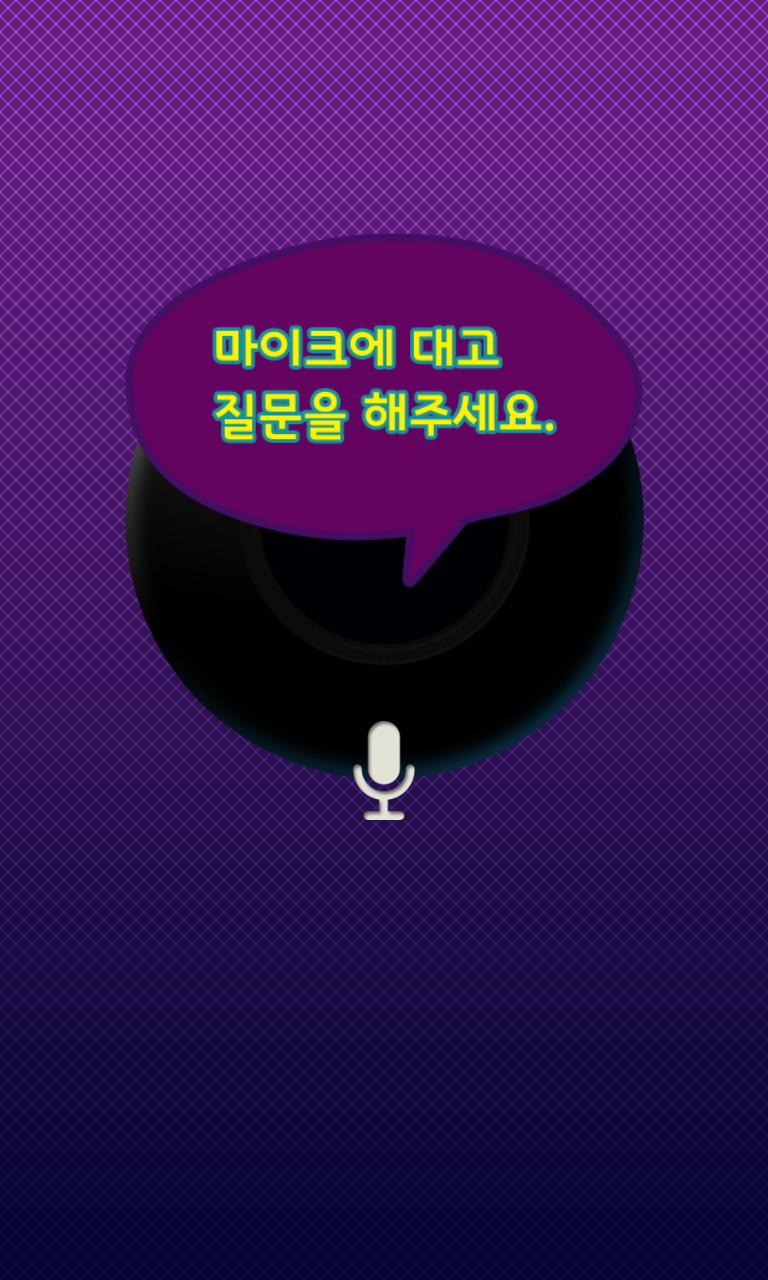
Repository: LimHeeJho/masicBall
Layout: MagicBall/res/layout/activity_main.xml
The author's editor kept a copy of each file at every save. The layout is drawn from the files as they stood at one save, then again after the next save.
It is drawn on a 768 x 1280 px phone screen (xhdpi) without system bars, with theme AppTheme; the app's code is not run.

Above is the layout before, as saved 2013-07-17 08:16:21.

### MagicBall/res/layout/activity_main.xml
<RelativeLayout xmlns:android="http://schemas.android.com/apk/res/android"
    xmlns:tools="http://schemas.android.com/tools"
    android:layout_width="fill_parent"
    android:layout_height="fill_parent"
    tools:context=".MainActivity" >

    <RelativeLayout
        android:layout_width="fill_parent"
        android:layout_height="fill_parent"
        android:layout_alignParentLeft="true"
        android:layout_alignParentTop="true"
        android:background="@drawable/background" >

        <RelativeLayout
            android:layout_width="260dp"
            android:layout_height="300dp"
            android:layout_marginTop="110dp"
            android:layout_centerHorizontal="true"
             >

            <ImageView
                android:id="@+id/imageView1"
                android:layout_width="fill_parent"
                android:layout_height="fill_parent"
                android:layout_alignParentTop="true"
                android:layout_centerHorizontal="true"
                android:src="@drawable/ball" />

                    <ImageView
            android:id="@+id/guide1"
            android:layout_width="wrap_content"
            android:layout_height="wrap_content"
            android:layout_alignParentTop="true"
            android:layout_centerHorizontal="true"
            android:src="@drawable/guide_mod" />

        <ImageView
            android:id="@+id/mic"
            android:layout_width="wrap_content"
            android:layout_height="wrap_content"
            android:layout_below="@+id/guide1"
            android:layout_centerHorizontal="true"
            android:layout_marginTop="60dp"
            android:src="@drawable/mic" />
        </RelativeLayout>
    </RelativeLayout>

</RelativeLayout>

Loaded but not shown: MagicBall/res/values/styles.xml (common file); MagicBall/res/values-v11/styles.xml (common file); MagicBall/res/values-v14/styles.xml (common file)

After the next save:
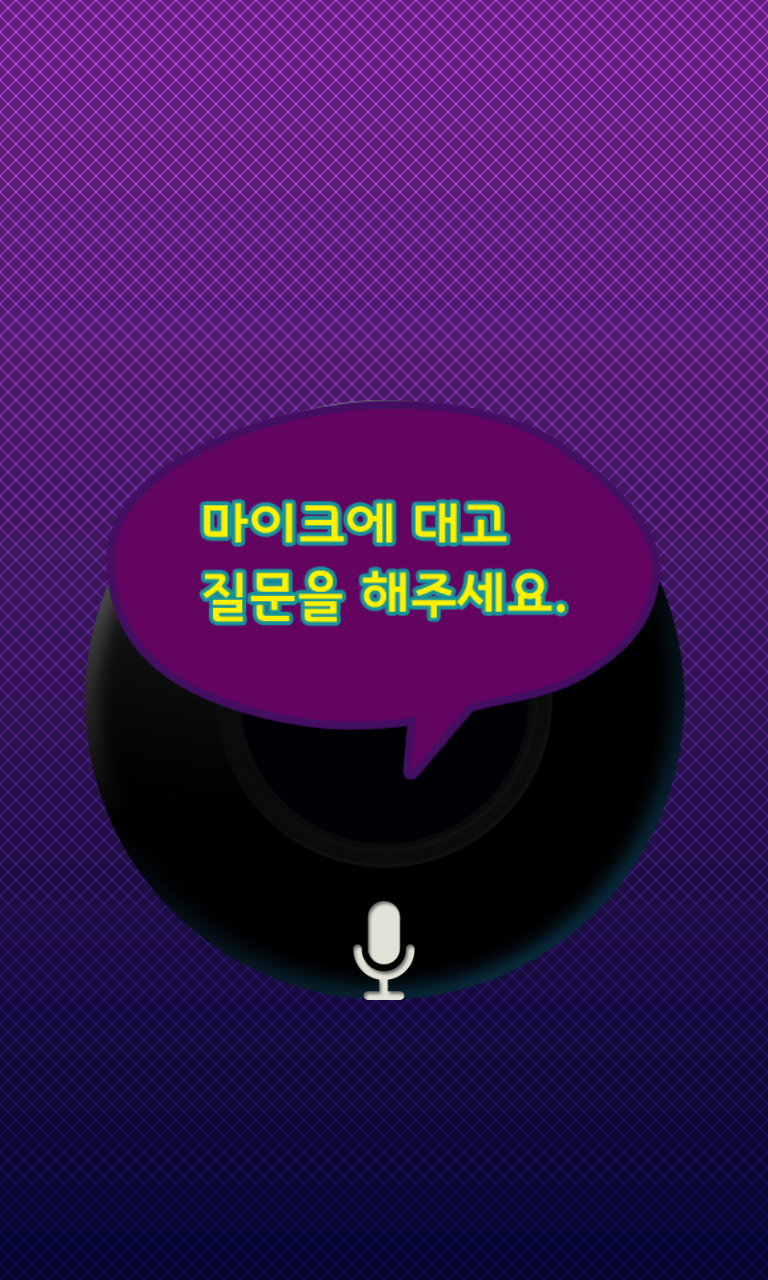
Saved 61 s later.
--- a/MagicBall/res/layout/activity_main.xml
+++ b/MagicBall/res/layout/activity_main.xml
@@ -12,9 +12,9 @@
         android:background="@drawable/background" >
 
         <RelativeLayout
-            android:layout_width="260dp"
+            android:layout_width="fill_parent"
             android:layout_height="300dp"
-            android:layout_marginTop="110dp"
+            android:layout_marginTop="200dp"
             android:layout_centerHorizontal="true"
              >
 
